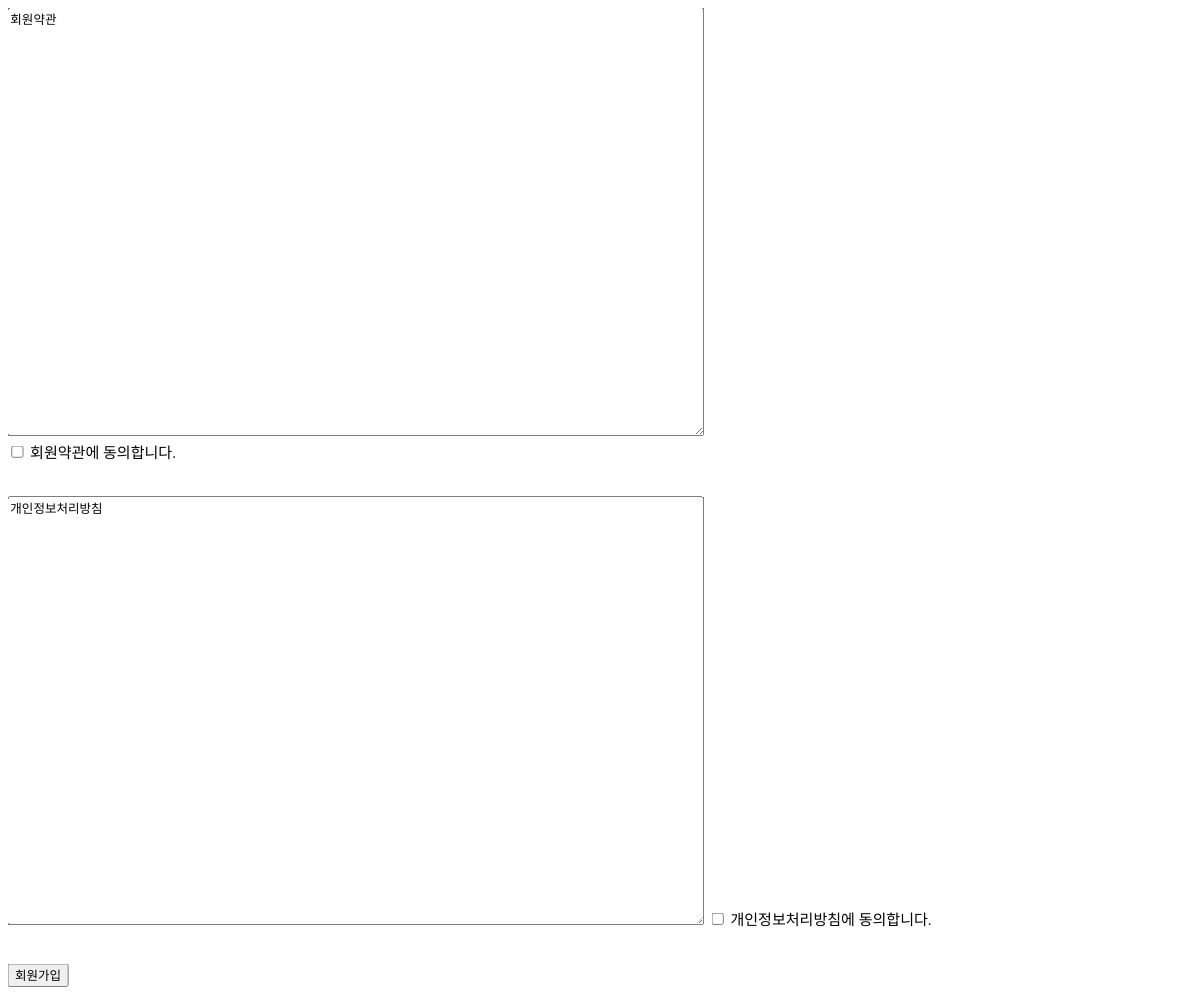
Repository: star-min/jsp_basic
Page: http://localhost/web01/agree.jsp
These files come from the project's save history. The page is drawn as it stood at one moment and after the next save; the edit follows.
The browser window is 1280 px wide. The pictures show the whole page, at 94% of full size.
The page is served by Tomcat 9.

Above is the page before, as saved 2022-04-26 07:11:52.

### jsp1/web01/src/main/webapp/agree.jsp
<%@ page language="java" contentType="text/html; charset=UTF-8"
    pageEncoding="UTF-8"%>
<!DOCTYPE html>
<html>
<head>
<meta charset="UTF-8">
<title>회원 약관 및 동의</title>
</head>
<body>
<textarea rows="30" cols="90" readonly>회원약관</textarea><br>
<input type="checkbox" name="ck1" id="ck1"> 회원약관에 동의합니다.
<br><br><br>
<textarea rows="30" cols="90" readonly>개인정보처리방침</textarea>
<input type="checkbox" name="ck2" id="ck2"> 개인정보처리방침에 동의합니다.
<br><br><br>
<button id="btn1" onclick="fnc1()">회원가입</button>
<script type="text/javascript">
	function fnc1(){
		var ck1 = document.getElementById("ck1").value;
		var ck2 = document.getElementById("ck2").value;
		if(ck1.checked && ck2.checked) {
			location.href = "join.jsp";
		} else {
			alert("약관에 동의하지 않으셨습니다.");
			return false;
		}
	}
</script>
</body>
</html>

After the next save:
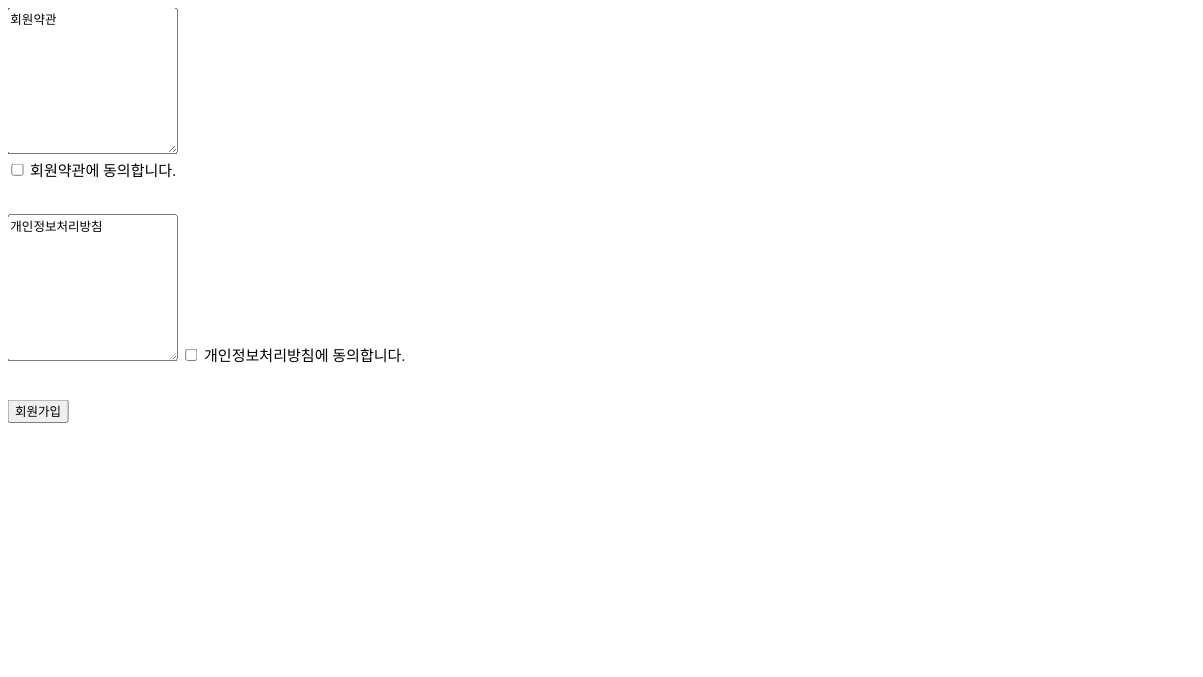
Saved 29 s later.
--- a/jsp1/web01/src/main/webapp/agree.jsp
+++ b/jsp1/web01/src/main/webapp/agree.jsp
@@ -7,10 +7,10 @@
 <title>회원 약관 및 동의</title>
 </head>
 <body>
-<textarea rows="30" cols="90" readonly>회원약관</textarea><br>
+<textarea rows="10" cols="20" readonly>회원약관</textarea><br>
 <input type="checkbox" name="ck1" id="ck1"> 회원약관에 동의합니다.
 <br><br><br>
-<textarea rows="30" cols="90" readonly>개인정보처리방침</textarea>
+<textarea rows="10" cols="20" readonly>개인정보처리방침</textarea>
 <input type="checkbox" name="ck2" id="ck2"> 개인정보처리방침에 동의합니다.
 <br><br><br>
 <button id="btn1" onclick="fnc1()">회원가입</button>
